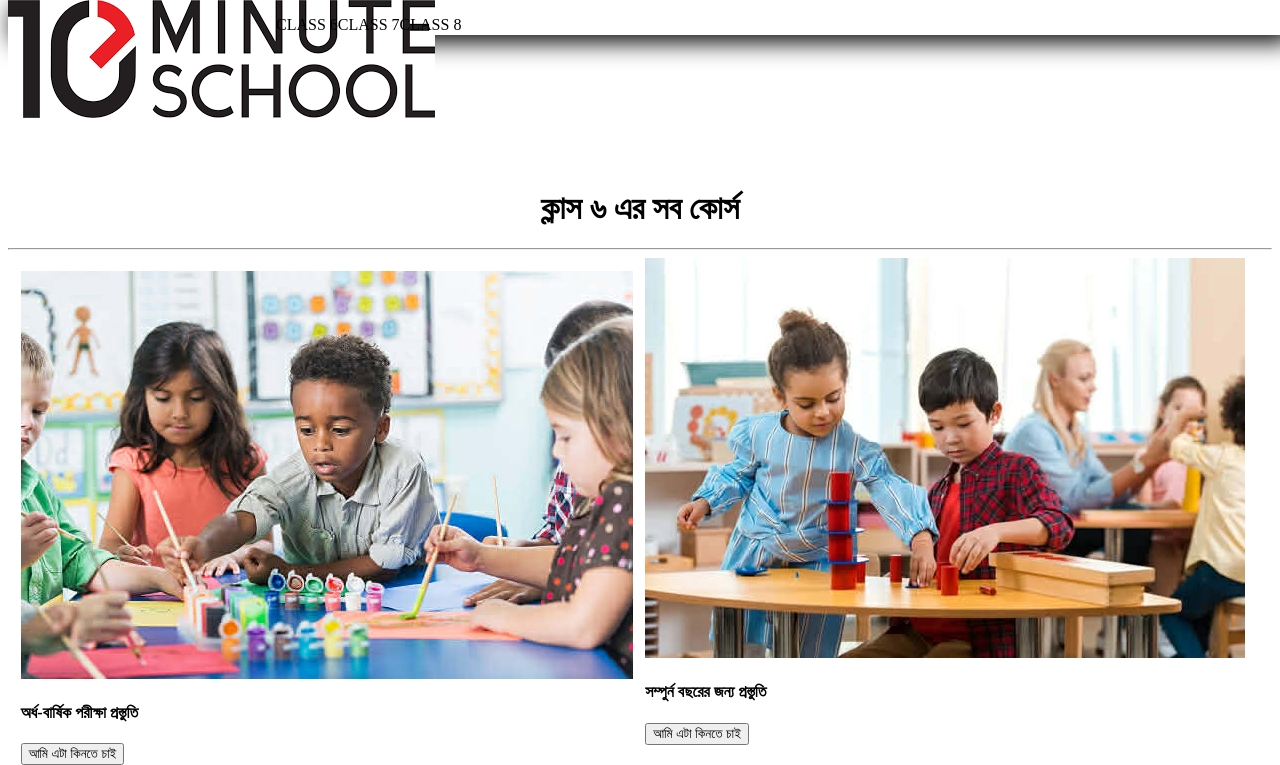
Repository: ridhukhan/10MinuteCourse
Page: /
The author's editor kept a copy of each file at every save. The page is drawn from the files as they stood at one save, then again after the next save.
The browser window is 1280 px wide. The pictures show the whole page.
The project was rebuilt for these pictures with package versions that can differ from the ones it lists, and the page was loaded fresh each time. Also part of the build but not shown: vite.config.js.

Above is the page before, as saved 2025-12-14 19:57:34.

### index.html
<!doctype html>
<html lang="en">
  <head>
    <meta charset="UTF-8" />
    <link rel="icon" type="image/svg+xml" href="/vite.svg" />
    <meta name="viewport" content="width=device-width, initial-scale=1.0" />
    <title>10minuteschool</title>
  </head>
  <body>
    <div id="root"></div>
    <script type="module" src="/src/main.jsx"></script>
  </body>
</html>

### src/index.css
@media screen and (max-width: 500px){
  *{
    width: 100%;
    padding: 0;
    margin: 0;
  }
}

### src/App.jsx
import { BrowserRouter ,Routes, Route } from "react-router-dom"
import Navber from "./Nav/Navber"
import Home from "./pages/Home"



function App() {

  return (
<div>

<BrowserRouter>
<Navber/>
<Routes>

<Route path="/" element={<Home/>}/>





</Routes>





</BrowserRouter>






</div>
  )
}

export default App

### src/Nav/Navber.jsx
import React from 'react'
import "./Navbar.css"
import mainLogo from "../assets/mainlogo.png"
const Navber = () => {
  return (
    <div className='navBar'>

<div className='navlogo'>
<img src={mainLogo} alt="logo"/>
</div>
<ul>
    <li>CLASS 6</li>
    <li>CLASS 7</li>
    <li>CLASS 8</li>
</ul>
</div>
  )
}

export default Navber

### src/pages/Home.jsx
import React from 'react'
import Class6c from '../Component/Class6c'

const Home = () => {
  return (
    <div>



        <h1 style={{justifyContent:"center", textAlign:"center" ,marginTop:"15%"}}>ক্লাস ৬ এর সব কোর্স</h1>
    <hr />
    <Class6c/>

    </div>
  )
}

export default Home

### src/Nav/Navbar.css
.navBar{
width: 100%;
display: flex;
z-index: 1000;
position: fixed;
top: 0;
height: 35px;
box-shadow: 4px 7px 25px;
}
.navBar .navlogo{
    width: 100px;
    height: 100px;
}
.navBar ul{
    display: flex;
    margin-left: 10%;
}
.navBar ul li{
    list-style: none;
}

### src/Component/Class6c.jsx
import React from 'react'
import "./Class6c.css"
import class61 from '../assets/class61.jpeg'
import class62 from '../assets/class62.jpeg'
const Class6c = () => {
  return (
    <div className='class6main'>
<div className='class61i'>
  <div>
    <img src={class61} alt="class61" />
   </div>
  <div className='class61t'>
    <h4>অর্ধ-বার্ষিক পরীক্ষা প্রস্তুতি</h4>
    <button>আমি এটা কিনতে চাই</button>
  </div>
</div>

<div className='class62i'>
<div>
<img src={class62} alt="class62" />
</div>

<div className='class61t'>
<h4>সম্পুর্ন বছরের জন্য  প্রস্তুতি</h4>
<button>আমি এটা কিনতে চাই</button>
</div>
</div>



    </div>
  )
}

export default Class6c

### src/Component/Class6c.css
.class6main{
    display: flex;
    height: 40vh;
    width: 100%;

}
.class6main .class61i{
    height: 35vh;
    margin: 1%;

}

Loaded but not shown: src/main.jsx (common file)

After the next save:
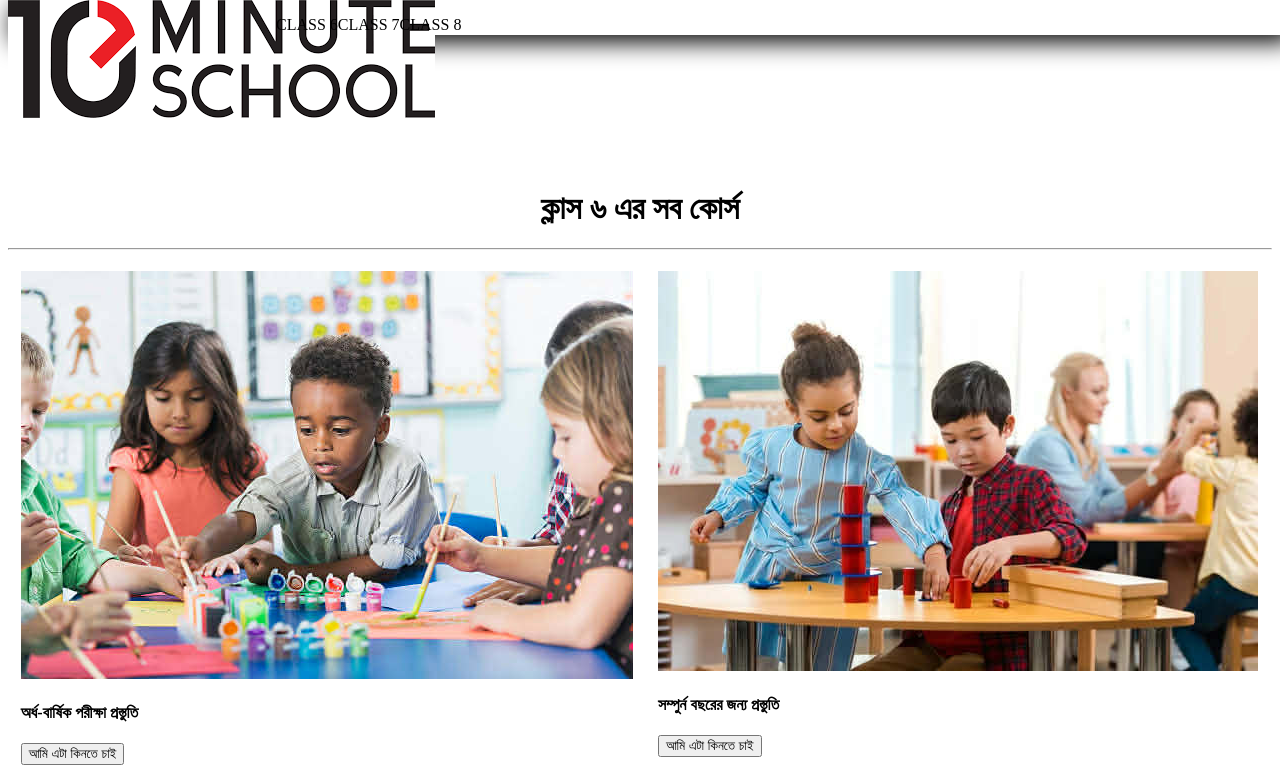
Saved 32 s later.
--- a/src/Component/Class6c.css
+++ b/src/Component/Class6c.css
@@ -9,3 +9,7 @@
     margin: 1%;
 
 }
+.class6main .class62i{
+      height: 35vh;
+    margin: 1%;
+}
